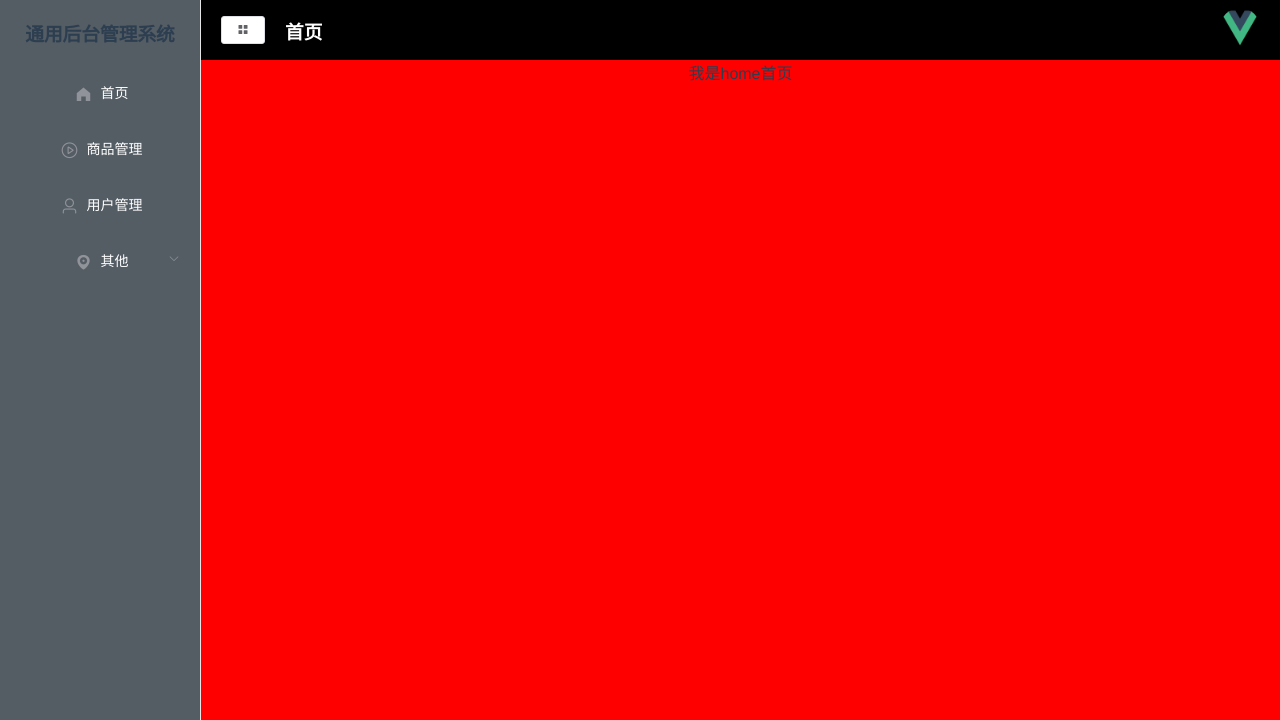
Repository: 385841539/VueStudy
Page: / (app in vue_cli/)
The author's editor kept a copy of each file at every save. The page is drawn from the files as they stood at one save, then again after the next save.
The browser window is 1280 px wide. The pictures show the whole page.
The project was rebuilt for these pictures with package versions that can differ from the ones it lists, and the page was loaded fresh each time. Also part of the build but not shown: vue_cli/vue.config.js.

Above is the page before, as saved 2022-01-13 10:25:21.

### vue_cli/public/index.html
<!DOCTYPE html>
<html lang="">

<head>
  <meta charset="utf-8">
  <meta http-equiv="X-UA-Compatible" content="IE=edge">
  <meta name="viewport" content="width=device-width,initial-scale=1.0">
  <link rel="icon" href="<%= BASE_URL %>favicon.ico">
  <title>
    <%= htmlWebpackPlugin.options.title %>
  </title>
  <style>
    body {

      background-color: red;
      padding: 0px;
      margin: 0px;
      width: 100%;
      height: 100%;

    }
  </style>
</head>

<body>
  <noscript>
    <strong>We're sorry but <%= htmlWebpackPlugin.options.title %> doesn't work properly without JavaScript enabled.
        Please enable it to continue.</strong>
  </noscript>
  <div id="app"></div>
  <!-- built files will be auto injected -->
</body>

</html>

### vue_cli/src/main.js
import Vue from 'vue'
import App from './App.vue'
import './registerServiceWorker'
import router from './router'
import store from './store'

import ElementUI from 'element-ui';
import 'element-ui/lib/theme-chalk/index.css';

Vue.use(ElementUI);


Vue.config.productionTip = false



new Vue({
  router,
  store,
  render: h => h(App)
}).$mount('#app')

### vue_cli/src/App.vue
<template>
  <div id="app">
    <!-- <p>这是一个P段落</p>
    <el-button>按钮</el-button>
    <el-button type="info">信息</el-button>
    <el-radio v-model="radio" label="1">备选项1</el-radio>
    <el-radio v-model="radio" label="2">备选项1</el-radio>

    <div>
      <router-link to="/">去home组件</router-link>
      <router-link to="/about">去about组件</router-link>
    </div> -->

    <router-view></router-view>
  </div>
</template>
<script>


export default {
  data() {
    return {
      radio: "1",
    };
  },
};
</script>


<style lang="scss">
#app {
  font-family: Avenir, Helvetica, Arial, sans-serif;
  -webkit-font-smoothing: antialiased;
  -moz-osx-font-smoothing: grayscale;
  text-align: center;
  color: #2c3e50;
}

#nav {
  padding: 30px;

  a {
    font-weight: bold;
    color: #2c3e50;

    &.router-link-exact-active {
      color: #42b983;
    }
  }
}
</style>

### vue_cli/src/router/index.js
import Vue from 'vue'
import VueRouter from 'vue-router'
import Main from '../views/Main.vue'

Vue.use(VueRouter)

const routes = [
  {
    path: '/',
    name: 'main',
    component: Main,
    children: [

      {

        path: "/",
        name: "home",
        component: () => import('@/views/Home/Home')

      }

    ]
  },
  {
    path: '/about',
    name: 'About',
    // route level code-splitting
    // this generates a separate chunk (about.[hash].js) for this route
    // which is lazy-loaded when the route is visited.
    component: () => import(/* webpackChunkName: "about" */ '../views/About.vue')
  }
]

const router = new VueRouter({
  mode: 'history',
  base: process.env.BASE_URL,
  routes
})

export default router

### vue_cli/src/store/index.js
import Vue from 'vue'
import Vuex from 'vuex'
import tab from "./tab"

Vue.use(Vuex)

export default new Vuex.Store({
  state: {
  },
  mutations: {
  },
  actions: {
  },
  modules: {
    tab
  }
})

### vue_cli/src/views/Main.vue
<template>
  <el-container style="height: 100vh">
    <el-aside width="auto">
      <CommonAside></CommonAside>
    </el-aside>
    <el-container>
      <el-header>
        <CommonHeader></CommonHeader>
      </el-header>
      <el-main>
        <router-view></router-view>
      </el-main>
    </el-container>
  </el-container>
</template>

<script>
// @ is an alias to /src
import CommonAside from "../components/CommonAside.vue";
import CommonHeader from "../components/CommonHeader.vue";

export default {
  name: "main",
  components: {
    CommonAside,
    CommonHeader,
  },
};
</script>
<style lang='scss' scoped>
.el-container {
  padding: 0px;
  max-width: 100%;
}
.el-aside {
  margin: 0px;
  padding: 0px;
}
.el-header {
  background-color: black;
  width: 100%;
  padding: 0%;
  margin: 0%;
}
.el-main {
  padding: 0px;
  height: 100%;
  width: 100%;
}
.router-view {
  padding: 0px;
  height: 100%;
  width: 100%;
}
</style>

### vue_cli/src/views/Home/Home.vue
<template>
  <div>我是home首页</div>
</template>

<style  lang="scss" scoped>
// div {
//   background: blue;
//   height: 100%;
//   padding: 0px;
//   margin: 0px;
// }
</style>

### vue_cli/src/store/tab.js
export default {


    state: {

        isCollapse: false

    },


    mutations: {

        collaspseMenu(state) {
            state.isCollapse = !state.isCollapse

        }



    }


}

### vue_cli/src/components/CommonAside.vue
<template>
  <el-menu
    class="el-menu-vertical-demo"
    :collapse="isCollapse"
    background-color="#545c64"
    text-color="#fff"
    active-text-color="#ffd04b"
  >
    <h3>{{ getName }}</h3>

    <el-menu-item
      :index="item.path"
      v-for="item in noChildren"
      :key="item.name"
      @click="clickMenu(item)"
    >
      <i :class="'el-icon-' + item.icon"></i>
      <span slot="title">{{ item.label }}</span>
    </el-menu-item>

    <el-submenu
      :index="item.label"
      v-for="item in hazChildren"
      :key="item.label"
    >
      <div slot="title">
        <i :class="'el-icon-' + item.icon"></i>
        <span>{{ item.label }}</span>
      </div>

      <el-menu-item-group>
        <el-menu-item
          v-for="(subItem, subIndex) in item.children"
          :index="subItem.path"
          :key="subIndex"
        >
          <i :class="'el-icon-' + subItem.icon"></i>
          <span slot="title">{{ subItem.label }}</span>
        </el-menu-item>
      </el-menu-item-group>
    </el-submenu>
  </el-menu>
</template>

<style>
.el-menu-vertical-demo:not(.el-menu--collapse) {
  width: 200px;
  height: 100%;
  min-height: 400px;
}

</style>


<script>
export default {
  data() {
    return {
      menu: [
        {
          path: "/",
          name: "home",
          label: "首页",
          icon: "s-home",
          url: "Home/Home",
        },
        {
          path: "/mall",
          name: "mall",
          label: "商品管理",
          icon: "video-play",
          url: "MallManage/MallManage",
        },
        {
          path: "/user",
          name: "user",
          label: "用户管理",
          icon: "user",
          url: "UserMange/UserMange",
        },
        {
          label: "其他",
          icon: "location",
          children: [
            {
              path: "/page1",
              name: "page1",
              label: "页面1",
              icon: "setting",
              url: "Other/PageOne",
            },
            {
              path: "/page2",
              name: "page2",
              label: "页面2",
              icon: "setting",
              url: "Other/PageTwo",
            },
          ],
        },
      ],
    };
  },
  methods: {
    clickMenu(item) {
      console.log(item);
      this.$router.push({ name: item.name });
    },
  },
  computed: {
    isCollapse() {
      return this.$store.state.tab.isCollapse;
    },
    getName() {
      if (this.isCollapse) return "后台";

      return "通用后台管理系统";
    },
    noChildren() {
      return this.menu.filter((item) => {
        console.log(item);
        return !item.children;
      });
    },
    hazChildren() {
      return this.menu.filter((item) => item.children);
    },
  },
};
</script>

### vue_cli/src/components/CommonHeader.vue
<template>
  <header>
    <div class="l-content">
      <el-button
        plain
        icon="el-icon-menu"
        size="mini"
        v-on:click="handleMenu"
      ></el-button>
      <h3 class="home-title">首页</h3>
    </div>

    <div class="r-content">
      <el-dropdown szie="mini" trigger="click">
        <span>
          <img :src="userImg" class="user" />
        </span>

        <el-dropdown-menu slot="dropdown">
          <el-dropdown-item>个人中心</el-dropdown-item>
          <el-dropdown-item>个人中心1</el-dropdown-item>
        </el-dropdown-menu>
      </el-dropdown>
    </div>
  </header>
</template>



<script>
export default {
  data() {
    return {
      userImg: require("../assets/logo.png"),
    };
  },

  methods: {
    handleMenu() {
      this.$store.commit("collaspseMenu");
    },
  },
};
</script>


<style  lang="scss" scoped>
header {
  display: flex;
  height: 100%;
  width: 100%;
  align-items: center;
  justify-content: space-between;
  padding: 0;
  margin: 0;
}

.home-title{

color: white;

}

.l-content {
  display: flex;
  align-items: center;
  margin-left: 20px;
  .el-button {
    margin-right: 20px;
  }
}

.r-content {
  .user {
    width: 40px;
    height: 40px;
    border-radius: 50%;
    margin-right: 20px;
  }
}
</style>

Loaded but not shown: vue_cli/src/registerServiceWorker.js (common file)

After the next save:
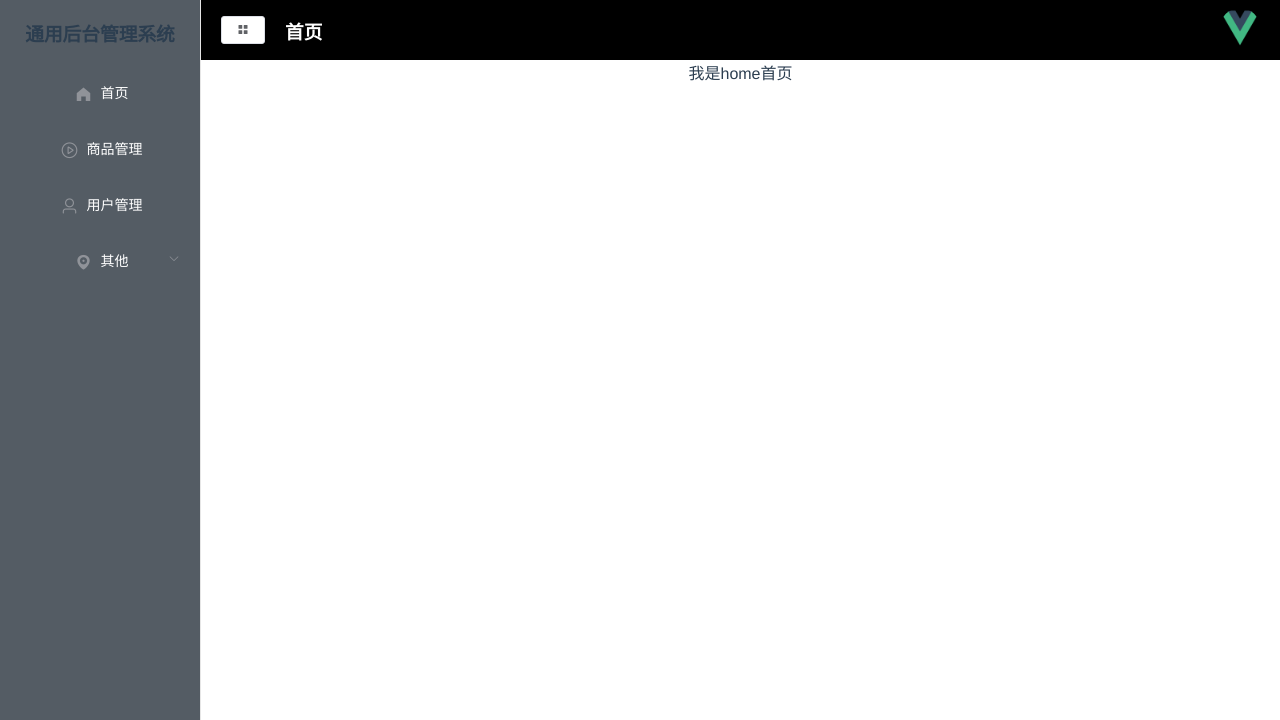
Saved 17 s later.
--- a/vue_cli/public/index.html
+++ b/vue_cli/public/index.html
@@ -12,7 +12,6 @@
   <style>
     body {
 
-      background-color: red;
       padding: 0px;
       margin: 0px;
       width: 100%;
--- a/vue_cli/src/components/CommonHeader.vue
+++ b/vue_cli/src/components/CommonHeader.vue
@@ -55,10 +55,8 @@ header {
   margin: 0;
 }
 
-.home-title{
-
-color: white;
-
+.home-title {
+  color: white;
 }
 
 .l-content {
